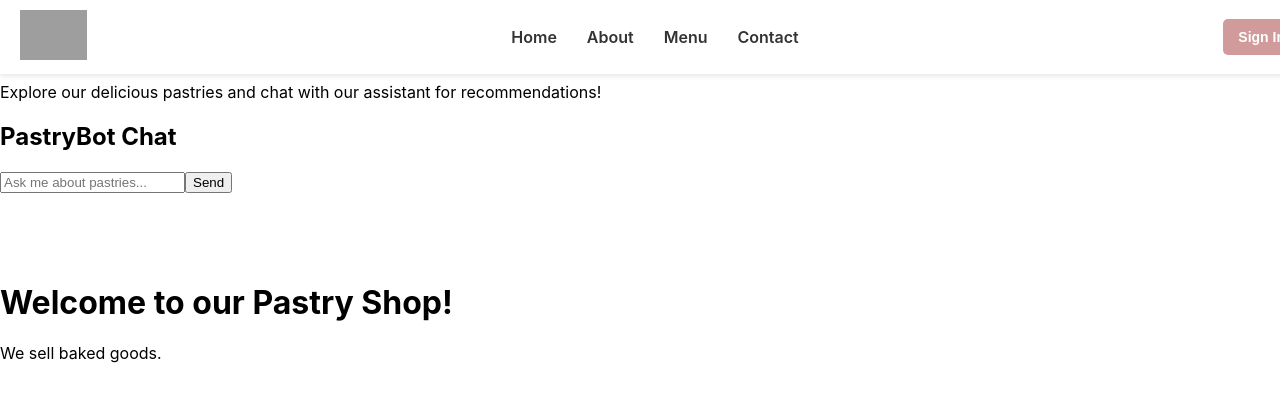
Repository: agrnerd17/Website-Chatbot
Page: / (app in pastry-chatbot/)
The author's editor kept a copy of each file at every save. The page is drawn from the files as they stood at one save, then again after the next save.
The browser window is 1280 px wide. The pictures show the whole page.
Pictures or frames that could not be fetched are drawn as grey boxes. The project was rebuilt for these pictures with package versions that can differ from the ones it lists, and the page was loaded fresh each time. Also part of the build but not shown: pastry-chatbot/src/styles/Chatbot.css.

Above is the page before, as saved 2024-12-08 00:30:40.

### pastry-chatbot/src/App.js
import React from "react";
import Chatbot from "./components/Chatbot";
import Navbar from "./components/Navbar";
import "./styles/Navbar.css";

function App() {
  return (
    <div className="App">
      <header>
        <h1 className="text-center text-3xl font-bold my-6">Welcome to Pastry Delight</h1>
      </header>
      <main>
        <div className="content text-center">
          <p>Explore our delicious pastries and chat with our assistant for recommendations!</p>
        </div>
      </main>
      <Chatbot /> {/* Include the chatbot */}
      <div>
        <Navbar />
        <main style={{ marginTop: "90px" }}> {/* Adjust */}
          <h1>Welcome to our Pastry Shop!</h1>
          <p>We sell baked goods.</p>
        </main>
      </div>
    </div>

  );
}

export default App;

### pastry-chatbot/src/components/Chatbot.js
import React, { useState } from "react";
import { getChatbotResponse } from "../api/cohereAPI";
import "../styles/Chatbot.css";

const Chatbot = () => {
  const [messages, setMessages] = useState([]);
  const [userInput, setUserInput] = useState("");

  const handleSend = async () => {
    if (!userInput.trim()) return;

    const userMessage = { sender: "user", text: userInput };
    setMessages((prev) => [...prev, userMessage]);
    setUserInput("");

    const prompt = messages
      .map((msg) => `${msg.sender}: ${msg.text}`)
      .join("\n") + `\nuser: ${userInput}\nbot:`;

    const botResponse = await getChatbotResponse(prompt);
    const botMessage = { sender: "bot", text: botResponse };
    setMessages((prev) => [...prev, botMessage]);
  };

  return (
    <div className="flex flex-col items-center w-full max-w-lg p-4 bg-gray-100 rounded-lg shadow-md">
      <h2 className="text-2xl font-bold mb-4">PastryBot Chat</h2>
      <div className="flex flex-col w-full h-96 overflow-y-auto bg-white border rounded-lg p-4 mb-4">
        {messages.map((msg, index) => (
          <div
            key={index}
            className={`p-2 rounded mb-2 ${
              msg.sender === "user"
                ? "self-end bg-blue-500 text-white"
                : "self-start bg-gray-200"
            }`}
          >
            {msg.text}
          </div>
        ))}
      </div>
      <div className="flex w-full gap-2">
        <input
          type="text"
          className="flex-grow p-2 border rounded-lg"
          value={userInput}
          onChange={(e) => setUserInput(e.target.value)}
          placeholder="Ask me about pastries..."
        />
        <button
          className="p-2 bg-blue-500 text-white rounded-lg hover:bg-blue-600"
          onClick={handleSend}
        >
          Send
        </button>
      </div>
    </div>
  );
};

export default Chatbot;

### pastry-chatbot/src/components/Navbar.js
import React from "react";
import "../styles/Navbar.css"; // Make sure this path is correct

const Navbar = () => {
  return (
    <nav className="navbar">
      {/* Logo */}
      <div className="navbar-logo">
        <img src="your-logo.png" alt="Pastry Logo" />
      </div>

      {/* Menu */}
      <ul className="navbar-menu">
        <li>Home</li>
        <li>About</li>
        <li>Menu</li>
        <li>Contact</li>
      </ul>

      {/* Right Action (e.g., Sign In or Cart) */}
      <div className="navbar-right">
        <button className="navbar-button">Sign In</button>
        {/* Optional cart icon */}
        {/* <i className="fas fa-shopping-cart"></i> */}
      </div>
    </nav>
  );
};

export default Navbar;

### pastry-chatbot/src/styles/Navbar.css
/* Navbar container */
.navbar {
    display: flex;
    justify-content: space-between;
    align-items: center;
    padding: 10px 20px;
    background-color: #ffffff;
    box-shadow: 0 2px 5px rgba(0, 0, 0, 0.1);
    position: fixed;
    width: 100%;
    top: 0;
    z-index: 1000;
  }

  /* Logo styling */
  .navbar-logo img {
    height: 50px;
    width: auto;
  }

  /* Menu styling */
  .navbar-menu {
    display: flex;
    gap: 30px;
    list-style: none;
    margin: 0;
    padding: 0;
  }

  .navbar-menu li {
    font-size: 16px;
    font-weight: 600;
    color: #333333;
    cursor: pointer;
    transition: color 0.3s;
  }

  .navbar-menu li:hover {
    color: #d19a9b; /* Light pink color */
  }

  /* Right action (e.g., button or icon) */
  .navbar-right {
    display: flex;
    align-items: center;
    gap: 20px;
  }

  .navbar-button {
    background-color: #d19a9b; /* Light pink color */
    color: #ffffff;
    border: none;
    padding: 10px 15px;
    border-radius: 5px;
    font-size: 14px;
    font-weight: 600;
    cursor: pointer;
    transition: background-color 0.3s;
  }

  .navbar-button:hover {
    background-color: #c08888; /* Slightly darker pink */
  }

### pastry-chatbot/src/api/cohereAPI.js
import axios from "axios";

const COHERE_API_KEY = "7ZT0rkNdOrKYfye8DC5qSUtG36H3IhRQ2pvKHDgT"; // Replace with your API key

export async function getChatbotResponse(prompt) {
  try {
    const response = await axios.post(
      "https://api.cohere.ai/v1/generate",
      {
        model: "command-xlarge-nightly",
        prompt,
        max_tokens: 100,
        temperature: 0.7,
      },
      {
        headers: {
          Authorization: `Bearer ${COHERE_API_KEY}`,
          "Content-Type": "application/json",
        },
      }
    );
    return response.data.generations[0].text.trim();
  } catch (error) {
    console.error("Error fetching response from Cohere:", error);
    return "Oops! Something went wrong. Please try again.";
  }
}

Loaded but not shown: pastry-chatbot/public/index.html (common file); pastry-chatbot/src/index.js (common file); pastry-chatbot/src/index.css (common file); pastry-chatbot/src/reportWebVitals.js (common file)

After the next save:
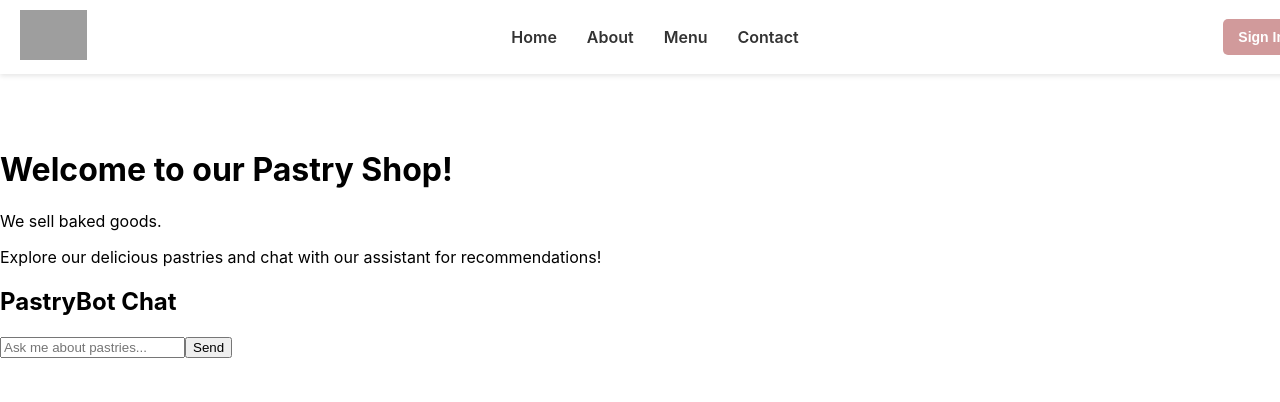
Saved 43 s later.
--- a/pastry-chatbot/src/App.js
+++ b/pastry-chatbot/src/App.js
@@ -9,12 +9,6 @@ function App() {
       <header>
         <h1 className="text-center text-3xl font-bold my-6">Welcome to Pastry Delight</h1>
       </header>
-      <main>
-        <div className="content text-center">
-          <p>Explore our delicious pastries and chat with our assistant for recommendations!</p>
-        </div>
-      </main>
-      <Chatbot /> {/* Include the chatbot */}
       <div>
         <Navbar />
         <main style={{ marginTop: "90px" }}> {/* Adjust */}
@@ -22,6 +16,12 @@ function App() {
           <p>We sell baked goods.</p>
         </main>
       </div>
+      <main>
+        <div className="content text-center">
+          <p>Explore our delicious pastries and chat with our assistant for recommendations!</p>
+        </div>
+      </main>
+      <Chatbot /> {/* Include the chatbot */}
     </div>
 
   );
